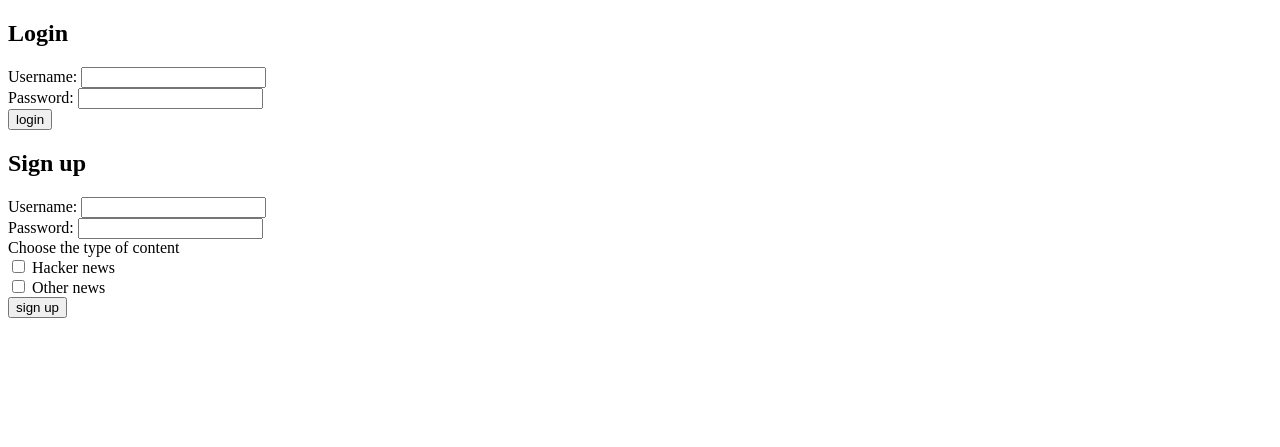
Repository: akshatmaheshwar/HackerNews-Clone
Page: http://localhost/HackerNews/login_page.jsp
The author's editor kept a copy of each file at every save. The page is drawn from the files as they stood at one save, then again after the next save.
The browser window is 1280 px wide. The pictures show the whole page.
The page is served by Tomcat 10.

Above is the page before, as saved 2023-10-18 09:26:57.

After the next save:
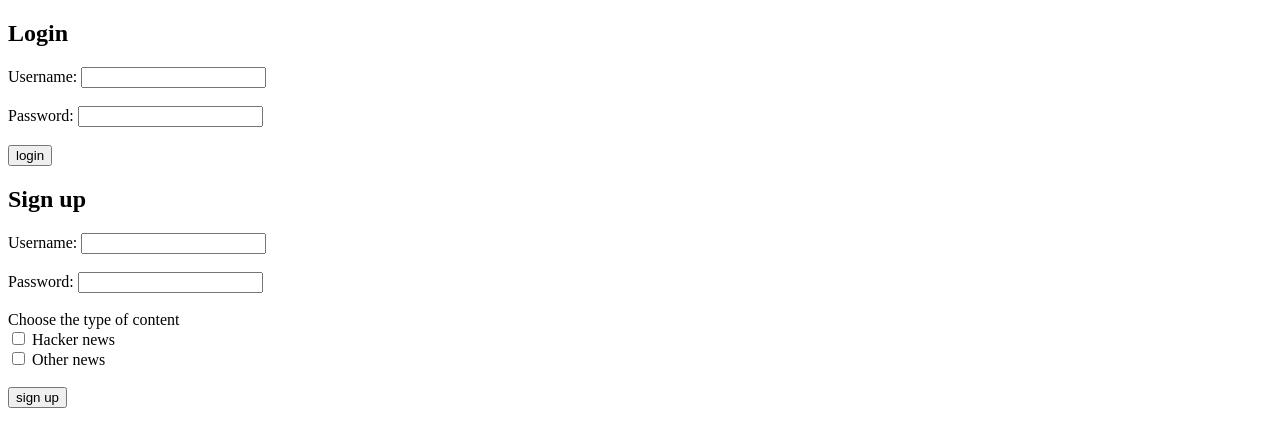
Saved 39 s later.
--- a/HackerNews/src/main/webapp/login_page.jsp
+++ b/HackerNews/src/main/webapp/login_page.jsp
@@ -9,20 +9,20 @@
 <body>
 <h2>Login</h2>
 <form action="accountservlet" method="post">
-        Username: <input type="text" name="username" required><br>
-        Password: <input type="password" name="password" required><br>
+        Username: <input type="text" name="username" required><br><br>
+        Password: <input type="password" name="password" required><br><br>
         <input type="submit" value="login">
     </form>
 
 <h2>Sign up</h2>
 <form action="signupservlet" method="get">
-        Username: <input type="text" name="username" required><br>
-        Password: <input type="password" name="password" required><br>
+        Username: <input type="text" name="username" required><br><br>
+        Password: <input type="password" name="password" required><br><br>
         Choose the type of content<br>
           <input type="checkbox" name="hackernews" value="1">
 		  <label for="hackernews"> Hacker news</label><br>
 		  <input type="checkbox" name="othernews" value="1">
-		  <label for="othernews"> Other news</label><br>
+		  <label for="othernews"> Other news</label><br><br>
         <input type="submit" value="sign up">
     </form>
 </body>
